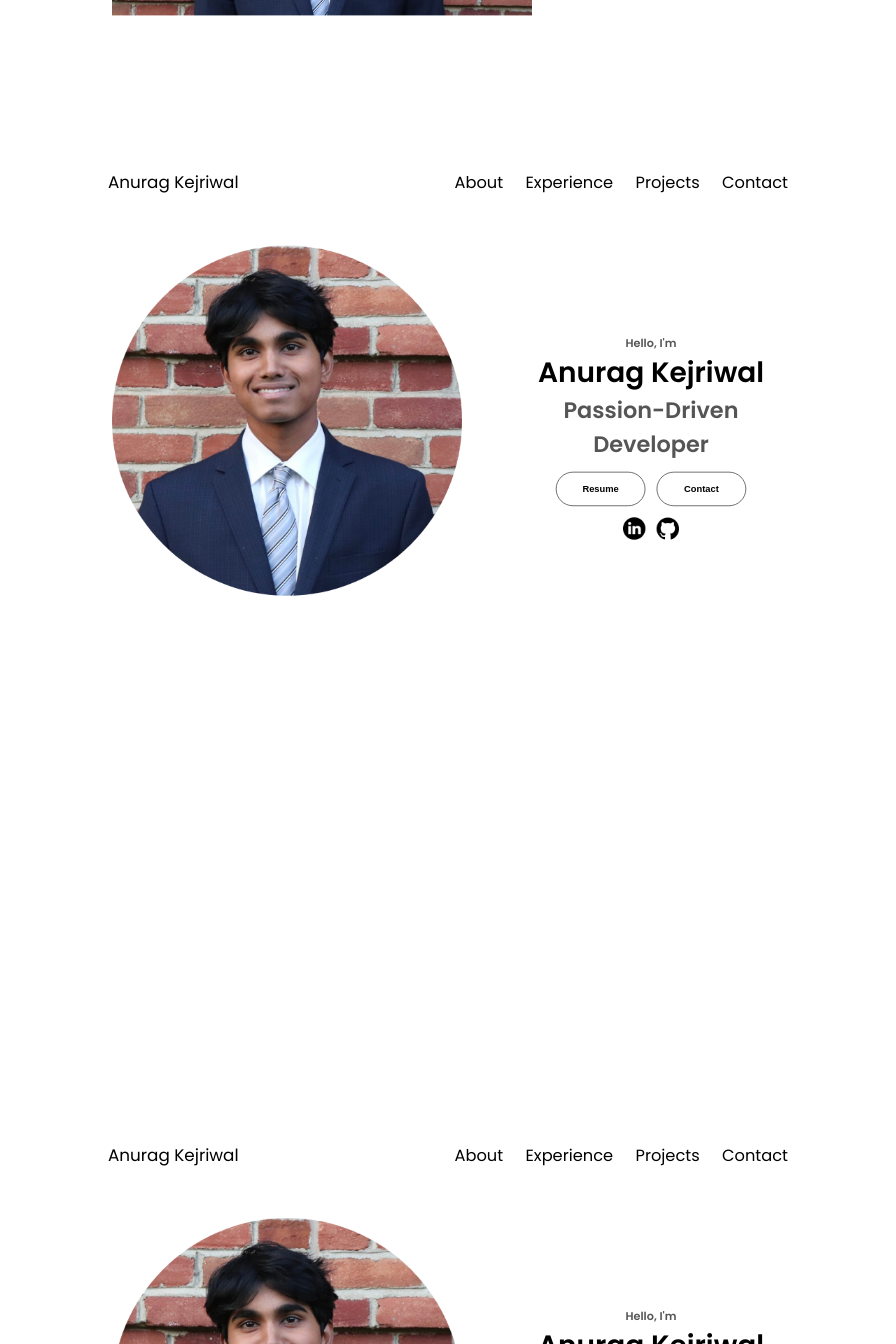
Repository: anuragkej/OldPortfolio
Page: index.html
An editor plug-in stored every save of this project. The page is shown before and after the next save, followed by the edit.
The browser window is 1280 px wide. The pictures show the part of the page from y = 1190 to 3110 px (the page is 4169 px tall before and 1390 px after), at 70% of full size.

Above is the page before, as saved 2024-05-25 22:30:00.

### index.html
<!DOCTYPE html>
<html lang="en">
<head>
    <meta charset="UTF-8">
    <meta name="viewport" content="width=device-width, initial-scale=1.0">
    <title>Personal Portfolio</title>
    <link rel="stylesheet" href="style.css">
    <link rel="stylesheet" href="mediaqueries.css">
</head>
<body>
    <nav id="desktop-nav">
        <div class="logo">Anurag Kejriwal</div>
        <div>
            <ul class="nav-links">
                <li><a href="#about">About</a></li>
                <li><a href="#experience">Experience</a></li>
                <li><a href="#projects">Projects</a></li>
                <li><a href="#contact">Contact</a></li>
            </ul>
        </div>
    </nav>
    <nav id="hamburger-nav">
        <div class="logo">Anurag Kejriwal</div>
        <div class="hamburger-menu">
            <div class="hamburger-icon" onclick="toggleMenu()">
                <span></span>
                <span></span>
                <span></span>
            </div>
            <div class="menu-links">
                <li><a href="#about" onclick="toggleMenu()" >About</a></li>
                <li><a href="#experience" onclick="toggleMenu()">Experience</a></li>
                <li><a href="#projects" onclick="toggleMenu()">Projects</a></li>
                <li><a href="#contact" onclick="toggleMenu()">Contact</a></li>
            </div>
        </div>
    </nav>
    <section id="profile">
        <div class="section_pic-container">
            <img src="./assets/anuragprofpic.png" alt="Anurag Kejriwal profile picture">
        </div>
        <div class="section__text">
            <p class="section__text__p1">Hello, I'm</p>
            <h1 class="title">Anurag Kejriwal</h1>
            <p class="section__text__p2">Passion-Driven Developer</p>
            <div class="btn-container">
                <button class="btn btn-color-2"
                onclick="window.open('./assets/AnuragKejriwalResume_2026.pdf')">Resume</button>
                <button class="btn btn-color-1"
                onclick="location.href='./#contact'">Contact</button>
            </div>
            <div id="socials-container">
                <img src="./assets/linkedin.png" alt="My LinkedIn Profile"
                class ="icon" onclick="location.href='https://linkedin.com/in/anuragkejriwal1/'">
                <img src="./assets/github.png" alt="My Github Profile"
                class ="icon" onclick="location.href='https://github.com/anuragkej'">
            </div>
        </div>
    </section>
    <section id="about">
        <p class="section__text__p1">Get To Know More</p>
        <h1 class="title">About Me</h1>
        <div class="section__pic-container">
            <img src="./assets/20231026_132825_F9CEAA.jpeg" alt="Profile Picture" class="about-pic"/>
        </div>
    </section>
    <script src="script.js"></script>

</body>
</html>
<!DOCTYPE html>
<html lang="en">
<head>
    <meta charset="UTF-8">
    <meta name="viewport" content="width=device-width, initial-scale=1.0">
    <title>Personal Portfolio</title>
    <link rel="stylesheet" href="style.css">
    <link rel="stylesheet" href="mediaqueries.css">
</head>
<body>
    <nav id="desktop-nav">
        <div class="logo">Anurag Kejriwal</div>
        <div>
            <ul class="nav-links">
                <li><a href="#about">About</a></li>
                <li><a href="#experience">Experience</a></li>
                <li><a href="#projects">Projects</a></li>
                <li><a href="#contact">Contact</a></li>
            </ul>
        </div>
    </nav>
    <nav id="hamburger-nav">
        <div class="logo">Anurag Kejriwal</div>
        <div class="hamburger-menu">
            <div class="hamburger-icon" onclick="toggleMenu()">
                <span></span>
                <span></span>
                <span></span>
            </div>
            <div class="menu-links">
                <li><a href="#about" onclick="toggleMenu()" >About</a></li>
                <li><a href="#experience" onclick="toggleMenu()">Experience</a></li>
                <li><a href="#projects" onclick="toggleMenu()">Projects</a></li>
                <li><a href="#contact" onclick="toggleMenu()">Contact</a></li>
            </div>
        </div>
    </nav>
    <section id="profile">
        <div class="section_pic-container">
            <img src="./assets/anuragprofpic.png" alt="Anurag Kejriwal profile picture">
        </div>
        <div class="section__text">
            <p class="section__text__p1">Hello, I'm</p>
            <h1 class="title">Anurag Kejriwal</h1>
            <p class="section__text__p2">Passion-Driven Developer</p>
            <div class="btn-container">
                <button class="btn btn-color-2"
                onclick="window.open('./assets/AnuragKejriwalResume_2026.pdf')">Resume</button>
                <button class="btn btn-color-1"
                onclick="location.href='./#contact'">Contact</button>
            </div>
            <div id="socials-container">
                <img src="./assets/linkedin.png" alt="My LinkedIn Profile"
                class ="icon" onclick="location.href='https://linkedin.com/in/anuragkejriwal1/'">
                <img src="./assets/github.png" alt="My Github Profile"
                class ="icon" onclick="location.href='https://github.com/anuragkej'">
            </div>
        </div>
    </section>
    <section></section>
    <script src="script.js"></script>

</body>
</html>
<!DOCTYPE html>
<html lang="en">
<head>
    <meta charset="UTF-8">
    <meta name="viewport" content="width=device-width, initial-scale=1.0">
    <title>Personal Portfolio</title>
    <link rel="stylesheet" href="style.css">
    <link rel="stylesheet" href="mediaqueries.css">
</head>
<body>
    <nav id="desktop-nav">
        <div class="logo">Anurag Kejriwal</div>
        <div>
            <ul class="nav-links">
                <li><a href="#about">About</a></li>
                <li><a href="#experience">Experience</a></li>
                <li><a href="#projects">Projects</a></li>
                <li><a href="#contact">Contact</a></li>
            </ul>
        </div>
    </nav>
    <nav id="hamburger-nav">
        <div class="logo">Anurag Kejriwal</div>
        <div class="hamburger-menu">
            <div class="hamburger-icon" onclick="toggleMenu()">
                <span></span>
                <span></span>
                <span></span>
            </div>
            <div class="menu-links">
                <li><a href="#about" onclick="toggleMenu()" >About</a></li>
                <li><a href="#experience" onclick="toggleMenu()">Experience</a></li>
                <li><a href="#projects" onclick="toggleMenu()">Projects</a></li>
                <li><a href="#contact" onclick="toggleMenu()">Contact</a></li>
            </div>
        </div>
    </nav>
    <section id="profile">
        <div class="section_pic-container">
            <img src="./assets/anuragprofpic.png" alt="Anurag Kejriwal profile picture">
        </div>
        <div class="section__text">
            <p class="section__text__p1">Hello, I'm</p>
            <h1 class="title">Anurag Kejriwal</h1>
            <p class="section__text__p2">Passion-Driven Developer</p>
            <div class="btn-container">
                <button class="btn btn-color-2"
                onclick="window.open('./assets/AnuragKejriwalResume_2026.pdf')">Resume</button>
                <button class="btn btn-color-1"
                onclick="location.href='./#contact'">Contact</button>
            </div>
            <div id="socials-container">
                <img src="./assets/linkedin.png" alt="My LinkedIn Profile"
                class ="icon" onclick="location.href='https://linkedin.com/in/anuragkejriwal1/'">
                <img src="./assets/github.png" alt="My Github Profile"
                class ="icon" onclick="location.href='https://github.com/anuragkej'">
            </div>
        </div>
    </section>
    <section></section>
    <script src="script.js"></script>

</body>
</html>

### style.css
/* General */

@import url('https://fonts.googleapis.com/css2?family=Poppins:wght@300;400;500;600&display=swap');
*{
    margin: 0;
    padding: 0;
}

body{
    font-family: "Poppins", sans-serif;
}

html{
    scroll-behavior: smooth;
}

p{
    color: rgb(85, 85, 85);
}

/* Transition */
/* all the links, with button*/

a,
.btn{
    transition: all 300ms ease;
}

/*Desktop navigation */

nav, .nav-links {
    display: flex;
}

nav{
    justify-content: space-around;
    align-items: center;
    height: 17vh;
}

.nav-links{
    gap: 2rem;
    list-style: none;
    font-size: 1.45rem;
}

a{
    color: black;
    text-decoration: none;
    text-decoration-color: white;

}

a:hover{
    color: grey;
    text-decoration: underline;
    text-underline-offset: 0.7rem;
    text-decoration-color: rgb(181, 181, 181);
}

.logo{
    font-size: 1.5rem
}

.logo:hover{
    cursor:default;
}

/*Hamburger menu */

#hamburger-nav{
    display: none;
}

.hamburger-menu{
    position: relative;
    display: inline-block;
}

.hamburger-icon{
    display: flex;
    flex-direction: column;
    justify-content: space-between;
    height: 24px;
    width: 30px;
    cursor: pointer;
}

.hamburger-icon span{
    width: 100%;
    height: 2px;
    background-color: black;
    transition: all 0.3 ease-in-out;
}

.menu-links{
    position: absolute;
    top: 100%;
    right: 0%;
    background-color: white;
    width: fit-content;
    max-height: 0;
    overflow: hidden;
    transition: all 0.3 ease-in-out;
}

.menu-links a{
    display: block;
    padding: 10px;
    text-align: center;
    font-size: 1.5rem;
    color:black;
    text-decoration: none;
    transition: all 0.3 ease-in-out;

}

.menu-links li{
    list-style: none;
}

.menu-links.open{
    max-height: 300px;
}

.hamburger-icon.open span:first-child{
    transform: rotate(45deg) translate(10px, 5px);
}
.hamburger-icon.open span:nth-child(2){
    opacity: 0;
}
.hamburger-icon.open span:last-child{
    transform: rotate(-45deg) translate(10px, -5px);
}

.hamburger-icon span:first-child{
    transform: none;
}
.hamburger-icon span:first-child{
    opacity: 1;
}
.hamburger-icon span:first-child{
    transform: none;
}

/*Sections*/

section{
    padding-top: 4vh;
    height: 96vh;
    margin: 0 10rem;
    box-sizing: border-box;
    min-height: fit-content;
}

.section-container{
    display: flex;
}

/*Profile Section*/

#profile {
    display: flex;
    justify-content: center;
    gap: 5rem;
    height: 80vh;
}

.section__pic-container{
    display: flex;
    height: 400px;
    width: 400px;
    margin: auto 0;
}

.section__text{
    align-self: center;
    text-align: center;

}

.section__text p{
    font-weight: 600;
}

.section__text__p1{
    text-align: center;
}
.section__text__p2{
    font-size: 2rem;
    margin-bottom: 1rem;
}

.title{
    font-size: 2.5rem;
    text-align: center;
}

#socials-container{
    display: flex;
    justify-content: center;
    margin-top: 1rem;
    gap: 1rem;
}

/*Icon*/

.icon{
    cursor: pointer;
    height: 2rem;
}

/*Buttons*/

.btn-container{
    display: flex;
    justify-content: center;
    gap: 1rem;

}

.btn{
    font-weight: 600;
    transition: all 300ms ease;
    padding: 1rem;
    width: 8rem;
    border-radius: 2rem;
}

.btn-color-1, .btn-color-2{
    border: rgb(53,53,53) 0.1rem solid;
}

.btn-color-1:hover, .btn-color-2:hover{
    cursor: pointer;
}


.btn-color-1:hover, .btn-color-2:hover{
    background: rgb(42, 42, 42);
    color: white;
}

.btn-color-2, .btn-color-1 {
    background: none;
}

.btn-color-2:hover{
    border: rgb(255,255,255) 0.3rem solid;
}


.btn-color-1:hover{
    border: rgb(255,255,255) 0.3rem solid;
}

.btn-container {
    gap: 1rem;
}
/* General */

@import url('https://fonts.googleapis.com/css2?family=Poppins:wght@300;400;500;600&display=swap');
*{
    margin: 0;
    padding: 0;
}

body{
    font-family: "Poppins", sans-serif;
}

html{
    scroll-behavior: smooth;
}

p{
    color: rgb(85, 85, 85);
}

/* Transition */
/* all the links, with button*/

a,
.btn{
    transition: all 300ms ease;
}

/*Desktop navigation */

nav, .nav-links {
    display: flex;
}

nav{
    justify-content: space-around;
    align-items: center;
    height: 17vh;
}

.nav-links{
    gap: 2rem;
    list-style: none;
    font-size: 1.45rem;
}

a{
    color: black;
    text-decoration: none;
    text-decoration-color: white;

}

a:hover{
    color: grey;
    text-decoration: underline;
    text-underline-offset: 0.7rem;
    text-decoration-color: rgb(181, 181, 181);
}

.logo{
    font-size: 1.5rem
}

.logo:hover{
    cursor:default;
}

/*Hamburger menu */

#hamburger-nav{
    display: none;
}

.hamburger-menu{
    position: relative;
    display: inline-block;
}

.hamburger-icon{
    display: flex;
    flex-direction: column;
    justify-content: space-between;
    height: 24px;
    width: 30px;
    cursor: pointer;
}

.hamburger-icon span{
    width: 100%;
    height: 2px;
    background-color: black;
    transition: all 0.3 ease-in-out;
}

.menu-links{
    position: absolute;
    top: 100%;
    right: 0%;
    background-color: white;
    width: fit-content;
    max-height: 0;
    overflow: hidden;
    transition: all 0.3 ease-in-out;
}

.menu-links a{
    display: block;
    padding: 10px;
    text-align: center;
    font-size: 1.5rem;
    color:black;
    text-decoration: none;
    transition: all 0.3 ease-in-out;

}

.menu-links li{
    list-style: none;
}

.menu-links.open{
    max-height: 300px;
}

.hamburger-icon.open span:first-child{
    transform: rotate(45deg) translate(10px, 5px);
}
.hamburger-icon.open span:nth-child(2){
    opacity: 0;
}
.hamburger-icon.open span:last-child{
    transform: rotate(-45deg) translate(10px, -5px);
}

.hamburger-icon span:first-child{
    transform: none;
}
.hamburger-icon span:first-child{
    opacity: 1;
}
.hamburger-icon span:first-child{
    transform: none;
}

/*Sections*/

section{
    padding-top: 4vh;
    height: 96vh;
    margin: 0 10rem;
    box-sizing: border-box;
    min-height: fit-content;
}

.section-container{
    display: flex;
}

/*Profile Section*/

#profile {
    display: flex;
    justify-content: center;
    gap: 5rem;
    height: 80vh;
}

.section__pic-container{
    display: flex;
    height: 400px;
    width: 400px;
    margin: auto 0;
}

.section__text{
    align-self: center;
    text-align: center;

}

.section__text p{
    font-weight: 600;
}

.section__text__p1{
    text-align: center;
}
.section__text__p2{
    font-size: 2rem;
    margin-bottom: 1rem;
}

.title{
    font-size: 2.5rem;
    text-align: center;
}

#socials-container{
    display: flex;
    justify-content: center;
    margin-top: 1rem;
    gap: 1rem;
}

/*Icon*/

.icon{
    cursor: pointer;
    height: 2rem;
}

/*Buttons*/

.btn-container{
    display: flex;
    justify-content: center;
    gap: 1rem;

}

.btn{
    font-weight: 600;
    transition: all 300ms ease;
    padding: 1rem;
    width: 8rem;
    border-radius: 2rem;
}

.btn-color-1, .btn-color-2{
    border: rgb(53,53,53) 0.1rem solid;
}

.btn-color-1:hover, .btn-color-2:hover{
    cursor: pointer;
}


.btn-color-1:hover, .btn-color-2:hover{
    background: rgb(42, 42, 42);
    color: white;
}

.btn-color-2, .btn-color-1 {
    background: none;
}

.btn-color-2:hover{
    border: rgb(255,255,255) 0.3rem solid;
}


.btn-color-1:hover{
    border: rgb(255,255,255) 0.3rem solid;
}

.btn-container {
    gap: 1rem;
}

### mediaqueries.css
@media screen and (max-width: 1200px) {
    #desktop-nav {
        display: none;
    }
    #hamburger-nav{
        display: flex;
    }
}

### script.js
function toggleMenu(){
    const menu = document.querySelector(".menu-links");
    const icon = document.querySelector(".hamburger-icon");
    menu.classList.toggle("open");
    icon.classList.toggle("open");
}
function toggleMenu(){
    const menu = document.querySelector(".menu-links");
    const icon = document.querySelector(".hamburger-icon");
    menu.classList.toggle("open");
    icon.classList.toggle("open");
}

After the next save:
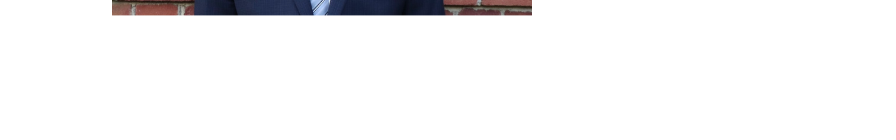
Saved 5 s later.
--- a/index.html
+++ b/index.html
@@ -68,131 +68,3 @@
 
 </body>
 </html>
-<!DOCTYPE html>
-<html lang="en">
-<head>
-    <meta charset="UTF-8">
-    <meta name="viewport" content="width=device-width, initial-scale=1.0">
-    <title>Personal Portfolio</title>
-    <link rel="stylesheet" href="style.css">
-    <link rel="stylesheet" href="mediaqueries.css">
-</head>
-<body>
-    <nav id="desktop-nav">
-        <div class="logo">Anurag Kejriwal</div>
-        <div>
-            <ul class="nav-links">
-                <li><a href="#about">About</a></li>
-                <li><a href="#experience">Experience</a></li>
-                <li><a href="#projects">Projects</a></li>
-                <li><a href="#contact">Contact</a></li>
-            </ul>
-        </div>
-    </nav>
-    <nav id="hamburger-nav">
-        <div class="logo">Anurag Kejriwal</div>
-        <div class="hamburger-menu">
-            <div class="hamburger-icon" onclick="toggleMenu()">
-                <span></span>
-                <span></span>
-                <span></span>
-            </div>
-            <div class="menu-links">
-                <li><a href="#about" onclick="toggleMenu()" >About</a></li>
-                <li><a href="#experience" onclick="toggleMenu()">Experience</a></li>
-                <li><a href="#projects" onclick="toggleMenu()">Projects</a></li>
-                <li><a href="#contact" onclick="toggleMenu()">Contact</a></li>
-            </div>
-        </div>
-    </nav>
-    <section id="profile">
-        <div class="section_pic-container">
-            <img src="./assets/anuragprofpic.png" alt="Anurag Kejriwal profile picture">
-        </div>
-        <div class="section__text">
-            <p class="section__text__p1">Hello, I'm</p>
-            <h1 class="title">Anurag Kejriwal</h1>
-            <p class="section__text__p2">Passion-Driven Developer</p>
-            <div class="btn-container">
-                <button class="btn btn-color-2"
-                onclick="window.open('./assets/AnuragKejriwalResume_2026.pdf')">Resume</button>
-                <button class="btn btn-color-1"
-                onclick="location.href='./#contact'">Contact</button>
-            </div>
-            <div id="socials-container">
-                <img src="./assets/linkedin.png" alt="My LinkedIn Profile"
-                class ="icon" onclick="location.href='https://linkedin.com/in/anuragkejriwal1/'">
-                <img src="./assets/github.png" alt="My Github Profile"
-                class ="icon" onclick="location.href='https://github.com/anuragkej'">
-            </div>
-        </div>
-    </section>
-    <section></section>
-    <script src="script.js"></script>
-
-</body>
-</html>
-<!DOCTYPE html>
-<html lang="en">
-<head>
-    <meta charset="UTF-8">
-    <meta name="viewport" content="width=device-width, initial-scale=1.0">
-    <title>Personal Portfolio</title>
-    <link rel="stylesheet" href="style.css">
-    <link rel="stylesheet" href="mediaqueries.css">
-</head>
-<body>
-    <nav id="desktop-nav">
-        <div class="logo">Anurag Kejriwal</div>
-        <div>
-            <ul class="nav-links">
-                <li><a href="#about">About</a></li>
-                <li><a href="#experience">Experience</a></li>
-                <li><a href="#projects">Projects</a></li>
-                <li><a href="#contact">Contact</a></li>
-            </ul>
-        </div>
-    </nav>
-    <nav id="hamburger-nav">
-        <div class="logo">Anurag Kejriwal</div>
-        <div class="hamburger-menu">
-            <div class="hamburger-icon" onclick="toggleMenu()">
-                <span></span>
-                <span></span>
-                <span></span>
-            </div>
-            <div class="menu-links">
-                <li><a href="#about" onclick="toggleMenu()" >About</a></li>
-                <li><a href="#experience" onclick="toggleMenu()">Experience</a></li>
-                <li><a href="#projects" onclick="toggleMenu()">Projects</a></li>
-                <li><a href="#contact" onclick="toggleMenu()">Contact</a></li>
-            </div>
-        </div>
-    </nav>
-    <section id="profile">
-        <div class="section_pic-container">
-            <img src="./assets/anuragprofpic.png" alt="Anurag Kejriwal profile picture">
-        </div>
-        <div class="section__text">
-            <p class="section__text__p1">Hello, I'm</p>
-            <h1 class="title">Anurag Kejriwal</h1>
-            <p class="section__text__p2">Passion-Driven Developer</p>
-            <div class="btn-container">
-                <button class="btn btn-color-2"
-                onclick="window.open('./assets/AnuragKejriwalResume_2026.pdf')">Resume</button>
-                <button class="btn btn-color-1"
-                onclick="location.href='./#contact'">Contact</button>
-            </div>
-            <div id="socials-container">
-                <img src="./assets/linkedin.png" alt="My LinkedIn Profile"
-                class ="icon" onclick="location.href='https://linkedin.com/in/anuragkejriwal1/'">
-                <img src="./assets/github.png" alt="My Github Profile"
-                class ="icon" onclick="location.href='https://github.com/anuragkej'">
-            </div>
-        </div>
-    </section>
-    <section></section>
-    <script src="script.js"></script>
-
-</body>
-</html>
